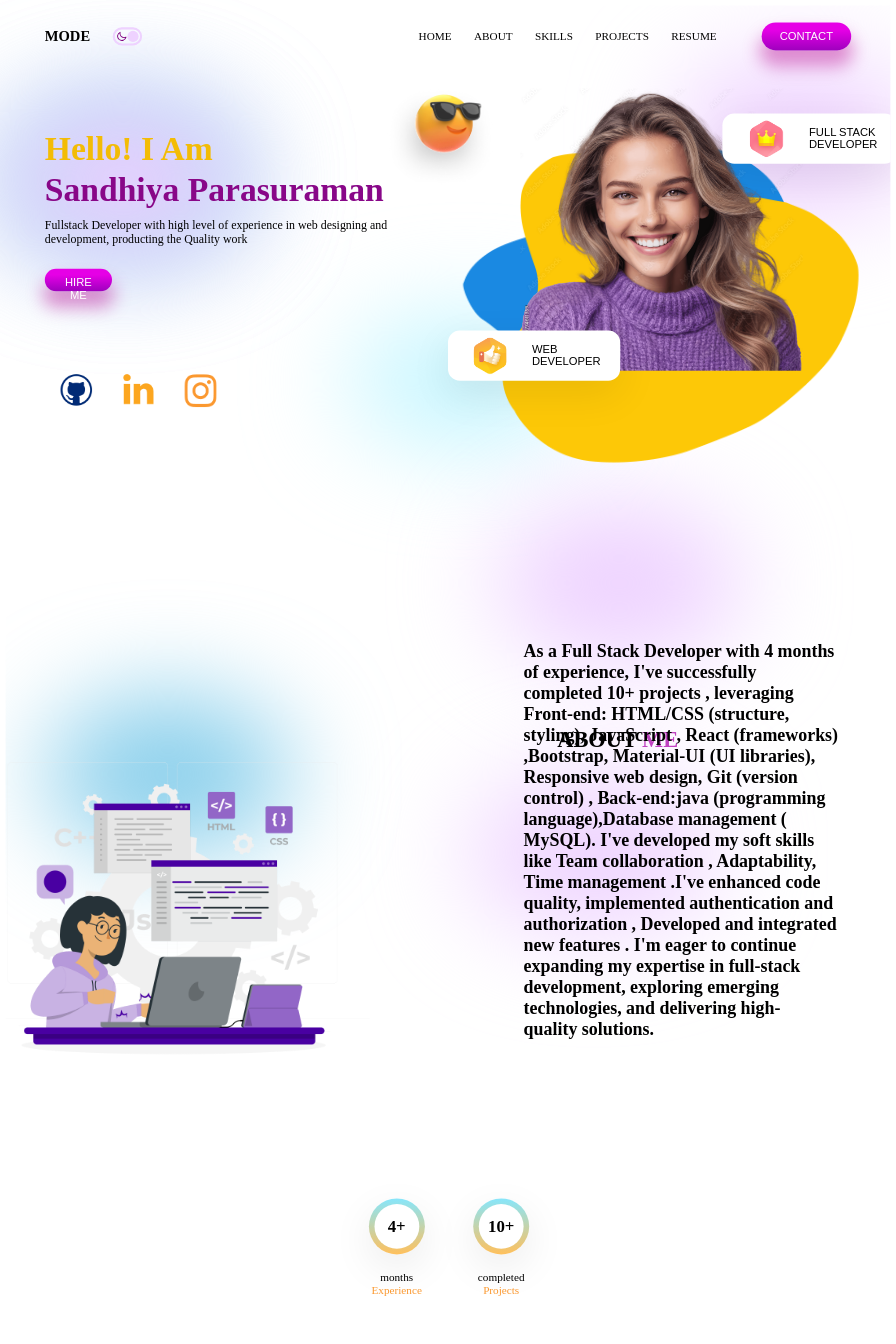
Repository: glorysandy/Protfolio
Page: /
The author's editor kept a copy of each file at every save. The page is drawn from the files as they stood at one save, then again after the next save.
The browser window is 1280 px wide. The pictures show the part of the page from y = 0 to 1920 px (the page is 4881 px tall), at 70% of full size.
The project was rebuilt for these pictures with package versions that can differ from the ones it lists, and the page was loaded fresh each time. Imported but missing from the stored project, and not drawn on this page: src/components/Services/SANDHIYA.P (RESUME).pdf.

Above is the page before, as saved 2024-10-16 21:49:44.

### src/components/Navbar/Navbar.jsx
import React from "react";
import Toggle from "../Toggle/Toggle";
import "./Navbar.css";
import { Link } from "react-scroll";
const navbar = () => {
  return (
    <div className="n-wrapper" id="Navbar">
      {/* left */}
      <div className="n-left">
        <div className="n-name">MODE</div>
        <Toggle />
      </div>
      {/* right */}
      <div className="n-right">
        <div className="n-list">
          <ul style={{ listStyleType: "none" }}>
            <li>
              <Link activeClass="active" to="Navbar" spy={true} smooth={true}>
                HOME
              </Link>
            </li>
            <li>
              <Link to="testimonial" spy={true} smooth={true}>
                ABOUT
              </Link>
            </li>
            <li>
              <Link to="works" spy={true} smooth={true}>
                SKILLS
              </Link>
            </li>
            <li>
              <Link to="portfolio" spy={true} smooth={true}>
                PROJECTS
              </Link>
            </li>
            <li>
              <Link to=" services" spy={true} smooth={true}>
                RESUME
              </Link>
            </li>
          </ul>
        </div>
        <Link to="contact" spy={true} smooth={true}>
        <button className="button n-button">CONTACT</button>
        </Link>
      </div>
    </div>
  );
};

export default navbar;

### src/components/Testimonials/Testimonial.jsx
import React from "react";
import "./Testimonial.css";
import back from  "../../img/Hand coding-rafiki.png";

const Testimonial = () => {

  return (
    <div className="t-wrapper" id="testimonial">
      <div className="t-heading" style={{marginLeft:"95vh" ,marginTop:"35vh"}}>
        <span>ABOUT </span>
        <span>ME </span>
      <div className="blur t-blur1" style={{ background: "var(--purple)" }}></div>
      <div className="blur t-blur2" style={{ background: "skyblue" }}></div>
      <div className="blur t-blur3" style={{ background: "voilet" }}></div>
       <div className="t-back"  >
       <img
          src={back}
          alt=""
        />
</div> <div className="t-sen" style={{fontSize:"1.6rem",fontWeight: "7rem",  position: "absolute", marginTop: "-100vh" ,marginLeft: "-48px",marginRight: "18px"
}}> <span>As a Full Stack Developer with 4 months of experience, I've   successfully completed 10+ projects , leveraging Front-end:  HTML/CSS (structure, styling), JavaScript , React (frameworks) ,Bootstrap, Material-UI (UI libraries), Responsive web design, Git (version control)
, Back-end:java (programming language),Database management ( MySQL). I've developed my soft skills like Team collaboration , Adaptability, Time management .I've enhanced code quality, implemented authentication   and authorization
,  Developed and integrated new features
. I'm eager to continue expanding my expertise in full-stack development, exploring emerging technologies, and delivering high-quality solutions.</span></div> </div>

<div className="head"> <span> ABOUT ME</span></div>

    <div className="dup">
    <span>As a Full Stack Developer with 4 months of experience, I've   successfully completed 10+ projects , leveraging Front-end:  HTML/CSS (structure, styling), JavaScript , React (frameworks) ,Bootstrap, Material-UI (UI libraries), Responsive web design, Git (version control)
, Back-end:java (programming language),Database management ( MySQL). I've developed my soft skills like Team collaboration , Adaptability, Time management .I've enhanced code quality, implemented authentication   and authorization
,  Developed and integrated new features
. I'm eager to continue expanding my expertise in full-stack development, exploring emerging technologies, and delivering high-quality solutions.</span>


      </div>

       </div>

  );
};

export default Testimonial;

### src/components/Experience/Experience.jsx
import React, { useContext } from "react";
import { themeContext } from "../../Context";
import "./Experience.css";
const Experience = () => {
  const theme = useContext(themeContext);
  const darkMode = theme.state.darkMode;

  return (
    <div className="experience" id='experience'>
      <div className="achievement">
        {/* darkMode */}
        <div className="circle" style={{color: darkMode?'var(--orange)':''}}>4+</div>
        <span  style={{color: darkMode?'white':''}}>months </span>
        <span>Experience</span>
      </div>
      <div className="achievement">
        <div className="circle" style={{color: darkMode?'var(--orange)':''}}>10+</div>
        <span  style={{color: darkMode?'white':''}}>completed </span>
        <span>Projects</span>
      </div>
    </div>
  );
};

export default Experience;

### src/components/Portfolio/Portfolio.jsx
import React, { useContext } from "react";
import "./Portfolio.css";
import { Swiper, SwiperSlide } from "swiper/react"
import "swiper/css";
import pro from "../../img/pro 1 copy.jpg";
import pro2 from "../../img/pro2.jpg";
import HOC from "../../img/hoc.png";
import pro3 from "../../img/pro3.jpg";
import { themeContext } from "../../Context";

const Portfolio = () => {
  const theme = useContext(themeContext);
  const config ={
    social:{
      pro1:'https://project-1-nerolac.vercel.app/',
      pro2:'https://rock-paper-scissors-phi-puce.vercel.app/',
      pro3:'https://sliding-puzzle-jade.vercel.app/',
    }
}

  const darkMode = theme.state.darkMode;
  return (
    <div className="portfolio" id="portfolio">
            <div className="blur t-blur2" style={{ background: "skyblue" }}></div>
      <div className="blur t-blur2" style={{ background: "voilet" }}></div>

      {/* heading */}
      <span style={{color: darkMode?'white': ''}}>Recent Projects</span>
      <span>Portfolio</span>



      {/* slider */}
      <Swiper
        spaceBetween={30}
        slidesPerView={3}
        grabCursor={true}
        className="portfolio-slider"
      ><div className="silde">


        <SwiperSlide>
          <div >
       <a href={config.social.pro1}  ><img src={pro} alt="" /></a>
          </div>
        </SwiperSlide>
        <SwiperSlide>
          <div>
          <a href={config.social.pro2}  ><img src={pro2} alt="" /></a>
          </div>
        </SwiperSlide>
        <SwiperSlide>
        <div>
        <a href={config.social.pro3}  ><img src={pro3} alt="" /></a>
        </div>
        </SwiperSlide>
        <SwiperSlide>
          <div>

          </div>
          <img src={HOC} alt="" />
        </SwiperSlide></div>
      </Swiper>

    </div>
  );
};

export default Portfolio;

### src/components/Contact/Contact.jsx
import React, { useContext, useRef, useState } from "react";
import "./Contact.css";
import emailjs from '@emailjs/browser';
import { themeContext } from "../../Context";

const Contact = () => {
  const theme = useContext(themeContext);
  const darkMode = theme.state.darkMode;
  const form = useRef();
  const [done, setDone] = useState(false)
  const sendEmail = (e) => {
    e.preventDefault();

    emailjs
      .sendForm(
        "service_y60teja",
        "template_4kj4n7i",
        form.current,
        "ORKOyUiaYznGkr2zZ"
      )
      .then(
        (result) => {
          console.log(result.text);
          setDone(true);
          form.reset();
        },
        (error) => {
          console.log(error.text);
        }
      );
  };

  return (
    <div className="contact-form" id="contact">
      {/* left side copy and paste from work section */}

      <div className="w-left">
        <div className="awesome">
          {/* darkMode */}
          <span style={{color: darkMode?'white': ''}}>Get in Touch</span>
          <span style={{color:"purple"}}>Contact me</span>
          <div
            className="blur s-blur1"
            style={{ background: "#ABF1FF94" }}
          ></div>
        </div>
      </div>
      {/* right side form */}
      <div className="c-right">
        <form ref={form} onSubmit={sendEmail}>
          <input type="text" name="user_name" className="user"  placeholder="NAME"/>
          <input type="email" name="user_email" className="user" placeholder="EMAIL"/>
          <textarea name="message" className="user" placeholder="MESSAGE"/>
          <input type="submit" value="Send" className="button"/>
          <span className="c-t">{done && "Thanks for Contacting me"}</span>
          <div
            className="blur c-blur1"
            style={{ background: "var(--purple)" }}
          ></div>
        </form>
      </div>
      </div>

  );
};

export default Contact;

### src/components/Footer/Footer.jsx
import React from "react";
import "./Footer.css";
import Git from "../../img/git3.png";
import ins from "../../img/mylink.png";
import end from "../../img/end.png";
import wave2 from "../../img/AdobeStock_559187959 copy.png";

const Footer = () => {

  const config ={
    social:{
      Github:'https://github.com/glorysandy',
      LinkedIn:'https://www.linkedin.com/in/sandhiya-parasuraman-822719298/',

    }
}


  return (
    <div className="footer">
     <img src={wave2} alt="" style={{ width: "100%", height: "80%",  marginTop:"-2vh"}} />

     <div className="blur t-blur1" style={{ background: "var(--purple)" }}></div>
      <div className="blur t-blur2" style={{ background: "var(--purple)" }}></div>
      <div className="f-content"  >
        <div>        <span > EMAIL ID: samuve0842@gmail.com</span> <br></br> <br></br> <br></br>
        <span>PHONE NO: 9043545860</span>
        </div>
        <div className="f-back"  >
       <img
          src={end}
          alt=""
        />
        </div>

        <div className="f-icons" >

          <a href={config.social.LinkedIn} ><img src={ins} alt="" /></a>
          <a href={config.social.Github}><img src={Git} alt=""/></a>
        </div>

      </div>
      </div>
  );
};

export default Footer;

### src/components/Toggle/Toggle.jsx
import React, { useContext } from "react";
import "./Toggle.css";
import Moon from "@iconscout/react-unicons/icons/uil-moon";
import Sun from "@iconscout/react-unicons/icons/uil-sun";
import { themeContext } from "../../Context";

const Toggle = () => {
  const theme = useContext(themeContext);
  const darkMode = theme.state.darkMode;
  const handleClick = () => {
    // debugger
    theme.dispatch({ type: "toggle" });
  };
  return (
    <div className="toggle" onClick={handleClick}>
      <Moon />
      <Sun />
      {/*                              toggle.css mein left ki property aik assign hy ussy delete
                                          krna hy pehly */}
      <div
        className="t-button"
        style={darkMode ? { left: "2px" } : { right: "2px" }}
      ></div>
    </div>
  );
};

export default Toggle;

### src/components/Navbar/Navbar.css
.n-wrapper {
  height: 10vh;
  display: flex;
  justify-content: space-between;
  margin-bottom: 2rem;
  top: 0;
}
.n-left {
  flex: 1;
  align-items: center;
  justify-content: left;
  display: flex;
  gap: 2rem;

}
.n-name {
  font-size: 1.3rem;
  font-weight: bold;
}
.n-right {
  flex: 1;
  display: flex;
  align-items: center;
  justify-content: flex-end;
  font-weight: 400;

}
.n-right :hover{
  color: rgb(165, 0, 137);


}
.n-list {
  flex: 10;
}
.n-list > ul {
  display: flex;
  gap: 2rem;
  margin-right: 4rem;
}

.n-list > ul :hover {
  color: var(--orange);
  cursor: pointer;


}

.n-button {
  flex: 2;

}

@media screen and (max-width: 480px) {
  .n-list {
    display: none;
  }
}

### src/components/Intro/Intro.css
.Intro {
  display: flex;
  height: 77vh;
  margin-top: 6rem;
}

/* left side styling */
.i-left {
  display: flex;
  position: relative;
  flex: 1;
  flex-direction: column;
  gap: 2rem;
}
.i-name {
  display: flex;
  flex-direction: column;
  gap: 0.25rem;
}
.i-name > :nth-child(1) {
  color: rgb(243, 188, 6);
  font-weight: bold;
  font-size: 3rem;
}
.i-name > :nth-child(2) {
  color: rgb(136, 7, 136);

  font-weight: bold;
  font-size: 3rem;
}
.i-name > :nth-child(3) {
  font-weight: 100;
  font-size: 17px;
  color: var(--gray);
  margin-top: 10px;
}
.i-button {
  width: 6rem;
  height: 2rem;

}
.i-button:hover{
  color: rgb(121, 1, 101);
  background-color: rgb(226, 80, 255);
  box-shadow: 0 0 20px rgb(255, 53, 238);

}
.i-icons {
  margin-top: 3rem;
  display: flex;
  gap: 0rem;
}
.i-icons > * {
  transform: scale(0.5);
}
.i-icons > *:hover {
  cursor: pointer;
  color: rgb(121, 1, 101);
  background-color: rgb(226, 80, 255);
  box-shadow: 0 0 20px rgb(255, 53, 238);


}
/* right side styling */
.i-right {
  flex: 1;
  position: relative;
}
.i-right > * {
  position: absolute;
  z-index: 1;
}
.i-right > :nth-child(1) {
  transform: scale(0.69);
  left: -15%;
  top: -9%;
}
.i-right > :nth-child(2) {
  top: -4.6rem;
  transform: scale(0.67);
  left: -3rem;
}
.i-right > :nth-child(3) {
  transform: scale(1.4);
  width: 18rem;
  height: 18rem;
  left: 28%;
}
.i-right > :nth-child(4) {
  transform: scale(0.62);
  top: -19%;
  left: -24%;
  border-radius: 50%;
  padding: 0;
}

/* blur */
.blur {
  position: absolute;
  width: 22rem;
  height: 14rem;
  border-radius: 50%;
  background: #edd0ff;
  filter: blur(212px);
  z-index: -9;
  top: -18%;
  left: 56%;
  filter: blur(72px);
}

@media screen and (max-width: 480px) {
  .Intro {
    flex-direction: column;
    gap: 7rem;
    height: 64rem;
  }

  .i-right {
    transform: scale(0.8);
    left: -3rem;
  }
  .i-right .blur {
    display: none;
  }
  .floating-div:nth-of-type(1){
    /* display: none; */
    top: -7rem !important;;
  }
}

### src/components/Testimonials/Testimonial.css
.t-wrapper{
    padding:  0 3rem 0 3rem;;
    height: 100vh;
    display: flex;
    align-items: center;
    justify-content: center;
    margin-top: 7rem;
    flex-direction: column;
    gap: 2rem;
    position: relative;


}
.t-heading{
    align-self: start;

}
.t-heading>*{
    font-size: 2rem;
    font-weight: bold;

}
.t-heading span:nth-of-type(2){
    color: rgba(170, 0, 170, 0.733);
}
.head{
    margin-left: -90vh;
    margin-top: -1rem;
    font-size: 20vh;
    color: purple;
    font-weight: bold;
    display: none;
}
.t-blur1{
    left: 38rem;
    top: 16rem;
}
.t-blur2{
    top: 9rem;
    left: 0;
}
.t-back{
    display: flex;
    position: relative;
    width: 35rem;
    height:35rem;
    left:-115vh;
    top:-3rem;
}
.t-sen{
font-size:1.6rem;
font-family: 'Times New Roman', Times, serif;
}
.t-sen:hover{
cursor: pointer;
color: rgb(121, 1, 101);
box-shadow: 0 0 20px rgb(255, 53, 238);
padding: 0.7rem;
border-radius: 5px;
}
.dup{
    display: none;

}
.dup{
    cursor: pointer;
    color: rgb(121, 1, 101);
    box-shadow: 0 0 20px rgb(255, 53, 238);
    padding: 0.7rem;
    border-radius: 5px;

}
@media screen and (max-width: 480px) {

    .t-back{
        flex-direction: column;
        transform: scale(0.6);
        margin-left:  -115px;
        gap:5rem;
        height: 64rem;
        margin-top: -70vh;
        position: relative;
    }
    .head{
        margin-top: -300vh;
        display: flex;
        margin-left: -20px;
    font-size: 20rem;
    font-weight: bolder;
    }
    .dup  {

        display: flex;
        margin-top: 4vh;
        transform: scale(1.0);
        border: 5px solid purple;
        color: black;
        width: 65vh;
        justify-content: start;
    }
    .c-t{
        transform: scale(0.7);
        margin-top: -2rem;
    }
}

### src/components/Experience/Experience.css
.experience {
  display: flex;
  align-items: center;
  justify-content: center;
  gap: 5rem;
  height: 30vh;
  margin-bottom: 8rem;
  /* darkmode */
  color: var(--black);
  margin-top: 15vh;
}
.achievement{
    display: flex;
    flex-direction: column;
    align-items: center;
}
.circle {

    width: 4rem;
    height: 4rem;
    background: white;
    border-radius: 100%;
    position: relative;
    display: flex;
    align-items: center;
    justify-content: center;
    font-size: 1.5rem;
    font-weight: bold;
    margin-bottom: 2rem;
}
.circle::before {
    border-radius: 100%;
    content: '';
    background-image: linear-gradient(to bottom, #87e6fb 0%, #ffc05c 100%);
    top: -8px;
    left: -8px;
    bottom: -8px;
    right: -8px;
    position: absolute;
    z-index:-1;
    box-shadow: var(--boxShadow);
}

.achievement span:nth-of-type(2){
    color: var(--orange);
}


@media screen and (max-width: 480px) {
    .experience{
        transform: scale(0.7);
        margin-top: 7rem;
    }
}

### src/components/Portfolio/Portfolio.css
.portfolio {
  display: flex;
  align-items: center;
  justify-content: center;
  flex-direction: column;
  height: 70vh;
margin-top: 3rem;;
}
/* heading */
.portfolio span:nth-of-type(1) {
  color: var(--black);
  font-size: 2rem;
  font-weight: bold;
}

.portfolio span:nth-of-type(2) {
  color: purple;
  font-size: 2.5rem;
  font-weight: bold;
}

/* slider */
.portfolio .swiper{
    overflow: visible!important;
}

.portfolio-slider {
  margin-top: 6rem;
  width: 100%;
}

.portfolio-slider .swiper-slide {
  width: 20rem;
}
.portfolio img {
  width: 19rem;
  filter: drop-shadow(-12px 15px 13px rgba(0, 0, 0, 0.25));
  border-radius: 19px;
}
.slide{
  cursor: pointer;
  background-color: rgb(1, 12, 22);
}
.s-blur2 {
  left: 14rem;
  top: 8rem;
}

.s-blur1 {
  top: 13rem;
  left: -18rem;
}

### src/components/Services/Services.css
.services {
  padding: 0 3rem 0 3rem;
  display: flex;
  height: 30rem;
  margin-bottom: 8rem;
  margin-top: 5rem;
  margin-bottom: 13rem;
  /* scroll view */
  padding-top: 3rem;
}
/* left side */
.awesome {
  display: flex;
  flex-direction: column;
  position: relative;
  /* gap: 20px; */
}

.awesome > :nth-child(1) {
  color: var(--black);
  font-size: 2.5rem;
  font-weight: bold;
}
.awesome > :nth-child(2) {
  color: purple;
  font-size: 2.5rem;
  font-weight: bold;
}
.awesome > :nth-child(3) {
  color: var(--gray);
  font-size: 14px;
  margin-top: 1rem;
}
.s-back{
  display: flex;
  position: relative;
  height: 80vh;
  width: 80vh;
  margin-left: -130px;
  margin-top: -3rem;
}

.s-button {
  width: 10rem;
  height: 2.4rem;
  margin-top: -0.3rem;
font-weight: 600;
}
/* right sided */
.cards {
  position: relative;
  left: 32vh;
}
.cards > * {
  position: absolute;
}

/* blur */
.s-blur2 {
  left: 14rem;
  top: 8rem;
}

.s-blur1 {
  top: 13rem;
  left: -18rem;
}

@media screen and (max-width: 480px) {
  .services {
    margin-top: 4rem;
    flex-direction: column;
    gap: 5rem;
    height: 66rem;
    padding: 2px;
  }
.s-back{
  transform: scale(0.8);
  padding: 1rem;
}
  .cards {
    display: flex;
    flex-direction: column;
    gap: 17rem;
  }
  .cards > * {
    position: static;
  }
  .s-button{
    justify-content: center;
    margin-left: 4rem;
  }
}

### src/components/Contact/Contact.css
.contact-form{
    padding: 0 3rem 0 3rem;
    display: flex;
    height: 80vh;
    margin-top: 1rem;
      /* scroll */
  padding-top: 3rem;
}


.c-right{
    display: flex;
    justify-content: center;
    position: relative;
    flex: 1;
}

.c-right>form
{
    display: flex;
    flex-direction: column;
    gap: 2rem;
    align-items: center;

}

.c-right .user{
    width: 20rem;
    height: 2rem;
    padding: 0.3em;
    outline: none;
    border: 4px solid purple;
    border-radius: 8px;
    font-size: 16px;

}

.user:hover{
    border: 4px solid purple ;
    background-color: rgb(245, 194, 255);
    box-shadow: 0 0 20px rgb(255, 170, 248);
cursor: pointer;
}
textarea{
    height: 4rem!important;
}

.c-blur1{
    top: 1rem;
    left: 8rem;
}

@media screen and (max-width: 480px) {
    .contact-form{
        padding: 1rem;
        flex-direction: column;
        gap: 5rem;
        height: 40rem;
        margin-top: 20rem;
    }
    .c-right .user{
        width: 16rem;
    }

}

### src/components/Footer/Footer.css
.footer {
  display: flex;
  align-items: center;
  margin: -0.5rem -3.5rem;
  position: relative;
  margin-top: -7rem;

}

.f-content {
  position: absolute;
  display: flex;
  align-items: center;
  justify-content: center;
  flex-direction: column;
  width: 100%;
  margin-top: 2rem;
  gap: 4rem;
  color: rgb(143, 0, 143);
  font-weight: 700;
  font-size: 10rem;
}
.f-ip{
  display: flex;
  position: relative;
  width: 5rem;
  height:5rem;

}
.f-icons {
  display: flex;
  gap: 2rem;
  margin-top: -3rem;
  margin-left: -60px;
}
.f-icons:hover{
color:rgb(254, 255, 176);
cursor: pointer;
}
.f-back{
  position: absolute;
  margin-left: -120vh;
  margin-top: -6rem;
}
@media screen and (max-width: 480px){
  .footer{
    margin-top: -8rem;
  }
  .f-content{
    transform: scale(.5);
    margin-left: 20px;
    margin-top: -0.5rem;


  }
  .f-back{
    transform: scale(0.65);
   margin-left: -570px;
  }
}

### src/components/Toggle/Toggle.css
.toggle{
    display: flex;
    justify-content:space-between;
    border: 3px solid var(--purple);
    border-radius: 1rem;
    position: relative;
    padding: 2px;
    cursor: pointer;

}
.toggle>*{
    width: 1rem;
    height: 1rem;
    color: purple;
}
.t-button{
    border-radius: 100%;
    background: var(--purple );
    position: absolute;
}
.t-button:hover{
    background: linear-gradient(180deg, #e600e6 26.71%, #9f00be 99.36%);
    box-shadow: 0px 20px 24px 3px rgba(184, 0, 144, 0.42);

}

### src/components/Card/Card.css
.card {
  width: 10rem;
  height: 13rem;
  position: absolute;
  display: flex;
  flex-direction: column;
  gap: 1rem;
  align-items: center;
  width: 10rem;
  text-align: center;
  background: rgba(255, 255, 255, 0.26);
  border: 8px solid rgba(150, 0, 150, 0.815);
  box-shadow: var(--boxShadow);
  border-radius: 20px;
  padding: 0px 26px 2rem 26px;
}
.card span:nth-of-type(2) {
  color: var(--gray);
  font-size: 16px;
}
.card > img {
  transform: scale(0.6);
  margin-bottom: -2rem;
}
.c-button {
    background: #FFFFFF;
    box-shadow: 0px 19px 60px rgba(0, 0, 0, 0.08);
    border-radius: 7px;
    border: none;
    padding: 10px;
    font-size: 16px;
    color: #5290FD;
}

.c-button:hover{
    transform: scale(1.1);
    cursor: pointer;
}
/* cards */




@media screen and (max-width: 480px){
  .card{
    width: 240px;
    margin-left: -140px;
    justify-content: center;
    padding: 1 rem;
  }
}

Loaded but not shown: public/index.html (common file); src/index.js (common file); src/App.js (common file); src/Context.js (common file); src/App.css (common file); src/components/FloatingDiv/FloatingDiv.jsx (common file); src/components/Card/Card.jsx (common file); src/components/FloatingDiv/FloatingDiv.css (common file); src/components/Intro/Intro.jsx (109 lines, source omitted); src/components/Works/Works.jsx (95 lines, source omitted); src/components/Services/Services.jsx (95 lines, source omitted); src/components/Works/Works.css (150 lines, source omitted)

After the next save:
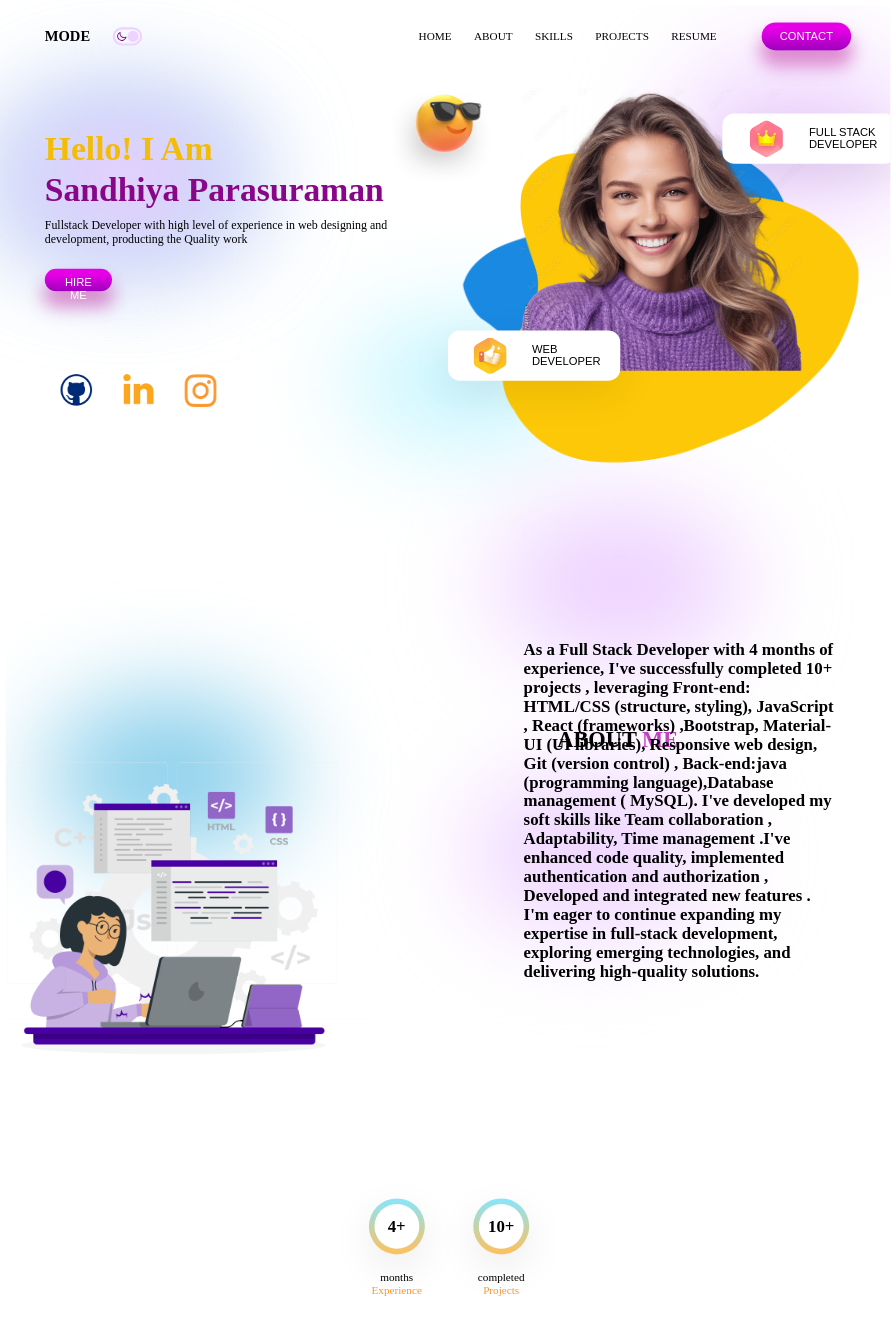
Saved 16 s later.
--- a/src/components/Testimonials/Testimonial.jsx
+++ b/src/components/Testimonials/Testimonial.jsx
@@ -17,7 +17,7 @@ const Testimonial = () => {
           src={back}
           alt=""
         />
-</div> <div className="t-sen" style={{fontSize:"1.6rem",fontWeight: "7rem",  position: "absolute", marginTop: "-100vh" ,marginLeft: "-48px",marginRight: "18px"
+</div> <div className="t-sen" style={{fontSize:"1.5rem",fontWeight: "7rem",  position: "absolute", marginTop: "-100vh" ,marginLeft: "-48px",marginRight: "18px"
 }}> <span>As a Full Stack Developer with 4 months of experience, I've   successfully completed 10+ projects , leveraging Front-end:  HTML/CSS (structure, styling), JavaScript , React (frameworks) ,Bootstrap, Material-UI (UI libraries), Responsive web design, Git (version control)
 , Back-end:java (programming language),Database management ( MySQL). I've developed my soft skills like Team collaboration , Adaptability, Time management .I've enhanced code quality, implemented authentication   and authorization
 ,  Developed and integrated new features
